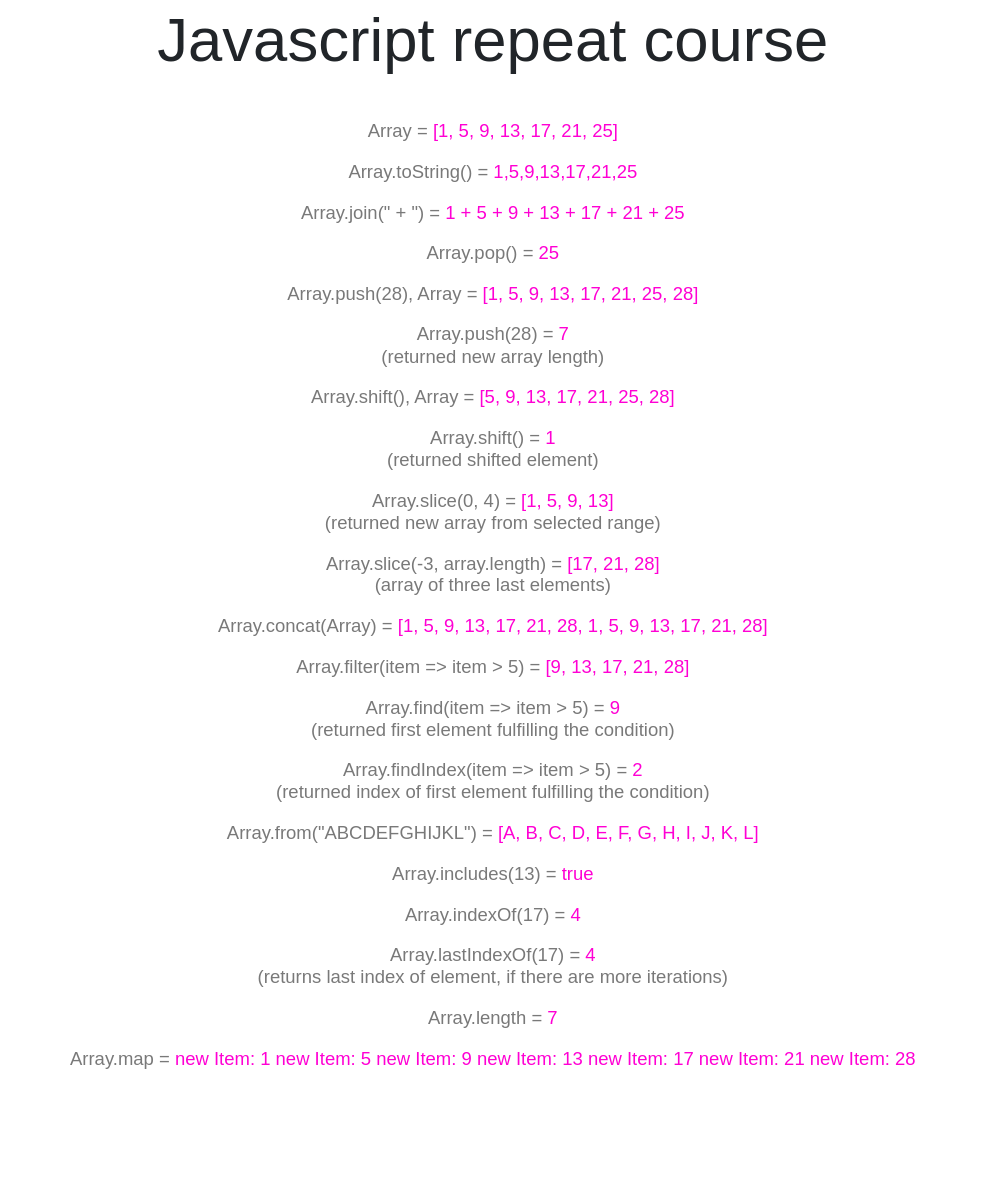
Repository: michalgornicki/javascript
Page: /
The author's editor kept a copy of each file at every save. The page is drawn from the files as they stood at one save, then again after the next save.
The browser window is 1280 px wide. The pictures show the whole page, at 77% of full size.
The project was rebuilt for these pictures with package versions that can differ from the ones it lists, and the page was loaded fresh each time. Also part of the build but not shown: src/index.css.

Above is the page before, as saved 2022-01-31 13:31:31.

### src/App.jsx
import React from "react";
import "./App.css";
import "bootstrap/dist/css/bootstrap.min.css";

function App() {
  const array = [1, 5, 9, 13, 17, 21, 25];

  console.log(array);

  return (
    <div className="text-center">
      <div className="display-1 mt-1 mb-5">Javascript repeat course</div>
      <div className="js-item h4 py-2">
        {" "}
        <span className="">Array = </span>
        <span className="text-pink">[{array.join(", ")}]</span>
      </div>
      <div className="js-item h4 py-2">
        {" "}
        <span className="">Array.toString() =</span> <span className="text-pink">{array.toString()}</span>
      </div>
      <div className="js-item h4 py-2">
        {" "}
        <span className="">Array.join(" + ") =</span> <span className="text-pink">{array.join(" + ")}</span>
      </div>
      <div className="js-item h4 py-2">
        {" "}
        <span className="">Array.pop() =</span> <span className="text-pink">{array.pop()}</span>
      </div>
      <div className="js-item h4 py-2">
        {" "}
        <span className="">Array.push(28), Array =</span> <span className="text-pink">[1, 5, 9, 13, 17, 21, 25, 28]</span>
      </div>
      <div className="js-item h4 py-2">
        {" "}
        <span className="">Array.push(28) =</span> <span className="text-pink"> {array.push(28)}</span> <br/> (returned new array length)
      </div>
      <div className="js-item h4 py-2">
        {" "}
        <span className="">Array.shift(), Array =</span> <span className="text-pink"> [5, 9, 13, 17, 21, 25, 28]</span>
      </div>
      <div className="js-item h4 py-2">
        {" "}
        <span className="">Array.shift() =</span> <span className="text-pink">1</span> <br/>  (returned shifted element)
      </div>
      <div className="js-item h4 py-2">
        {" "}
        <span className="">Array.slice(0, 4) =</span> <span className="text-pink">[{array.slice(0, 4).join(", ")}]</span> <br/>  (returned new array from selected range)
      </div>
      <div className="js-item h4 py-2">
        {" "}
        <span className="">Array.slice(-3, array.length) =</span> <span className="text-pink">[{array.slice(-3, array.length).join(", ")}]</span> <br/>  (array of three last elements)
      </div>
      <div className="js-item h4 py-2">
        {" "}
        <span className="">Array.concat(Array) =</span> <span className="text-pink">[{array.concat(array).join(", ")}]</span>
      </div>
      <div className="js-item h4 py-2">
        {" "}
        <span className="">
          Array.filter(item {"=>"} item {">"} 5) =
        </span>{" "}
        <span className="text-pink">[{array.filter((item) => item > 5).join(", ")}]</span>
      </div>
      <div className="js-item h4 py-2">
        {" "}
        <span className="">
          Array.find(item {"=>"} item {">"} 5) =
        </span>
        <span className="text-pink"> {array.find((item) => item > 5)} </span> <br/>  (returned first element fulfilling the condition)
      </div>
      <div className="js-item h4 py-2">
        {" "}
        <span className="">
          Array.findIndex(item {"=>"} item {">"} 5) =
        </span>
        <span className="text-pink"> {array.findIndex((item) => item > 5)} </span> <br/>  (returned index of first element fulfilling the condition)
      </div>
      <div className="js-item h4 py-2">
        {" "}
        <span className="">
         Array.from("ABCDEFGHIJKL") =
        </span>
        <span className="text-pink"> [{Array.from("ABCDEFGHIJKL").join(", ")}] </span>
      </div>
      <div className="js-item h4 py-2">
        {" "}
        <span className="">
         Array.includes(13) =
        </span>
        <span className="text-pink"> { "true" } </span>
      </div>
      <div className="js-item h4 py-2">
        {" "}
        <span className="">
         Array.indexOf(17) =
        </span>
        <span className="text-pink"> { array.indexOf(17) } </span>
      </div>
      <div className="js-item h4 py-2">
        {" "}
        <span className="">
         Array.lastIndexOf(17) =
        </span>
        <span className="text-pink"> { array.lastIndexOf(17) } </span> <br/> (returns last index of element, if there are more iterations)
      </div>
      <div className="js-item h4 py-2">
        {" "}
        <span className="">
         Array.length =
        </span>
        <span className="text-pink"> { array.length } </span>
      </div>
      <div className="js-item h4 py-2">
        {" "}
        <span className="">
         Array.map =
        </span>
        <span className="text-pink"> { array.map((item => <span>new Item: {item} </span>)) } </span>
      </div>



    </div>
  );
}

export default App;

### src/App.css
body{
    font-family: Arial, Helvetica, sans-serif!important;
    overflow-x: hidden;
    padding-bottom: 20vh;
}

.js-item{
    color:rgb(121, 121, 121);
    transition: 0.2s;
}

.js-item:hover{
    cursor: pointer;
}

.text-pink{
    color:rgb(255, 0, 212)!important;
}

Loaded but not shown: public/index.html (common file); src/index.js (common file); src/reportWebVitals.js (common file)

After the next save:
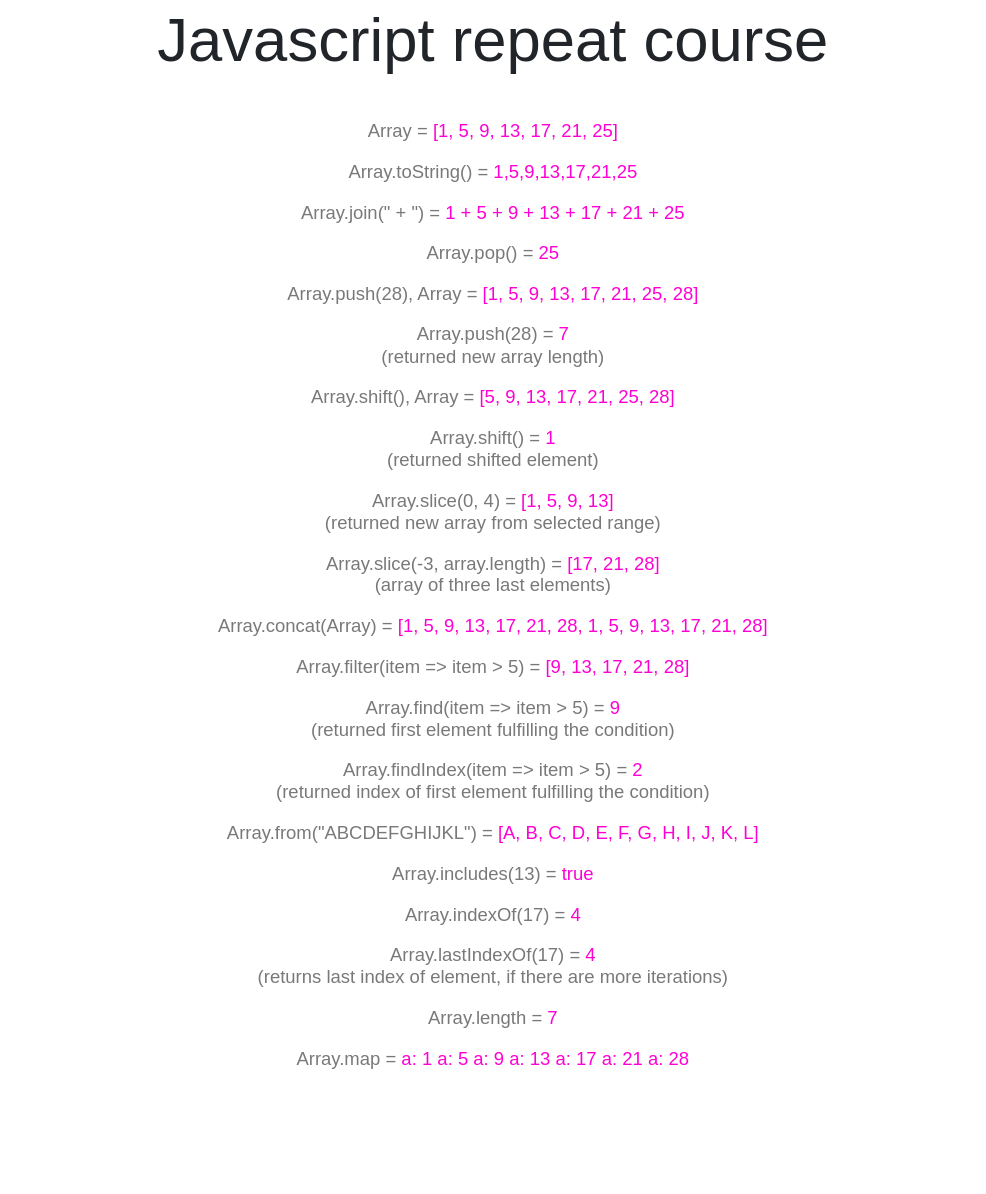
Saved 8 s later.
--- a/src/App.jsx
+++ b/src/App.jsx
@@ -116,7 +116,7 @@ function App() {
         <span className="">
          Array.map =
         </span>
-        <span className="text-pink"> { array.map((item => <span>new Item: {item} </span>)) } </span>
+        <span className="text-pink"> { array.map((item => <span>a: {item} </span>)) } </span>
       </div>
 
 
